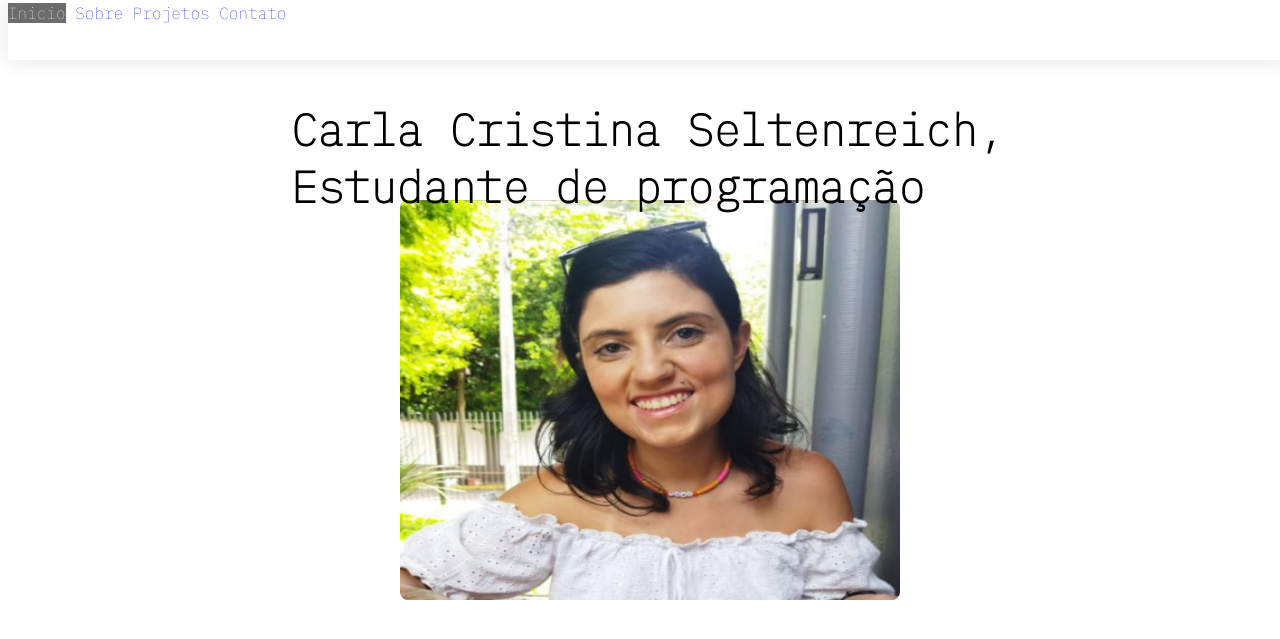
Repository: carla-seltenreich/portfolio
Page: index.html
These files come from the project's save history. The page is drawn as it stood at one moment and after the next save; the edit follows.
The browser window is 1280 px wide. The pictures show the whole page.

Above is the page before, as saved 2022-05-23 17:19:51.

After the next save:
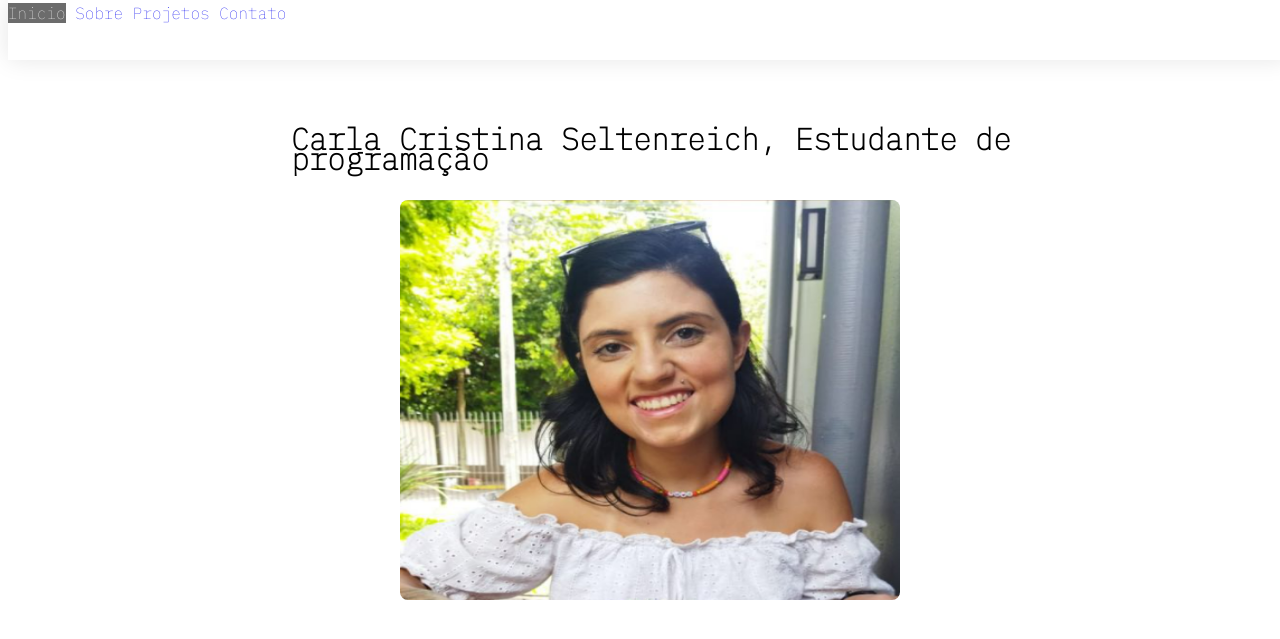
Saved 50 s later.
--- a/style.css
+++ b/style.css
@@ -53,8 +53,8 @@ body {
     left: 283px;
     top: 100px;
     font-weight: 100px;
-    font-size: 44px;
-    line-height: 57px;
+    font-size: 30px;
+    line-height: 20px;
     display: flex;
     align-items: center;
 
